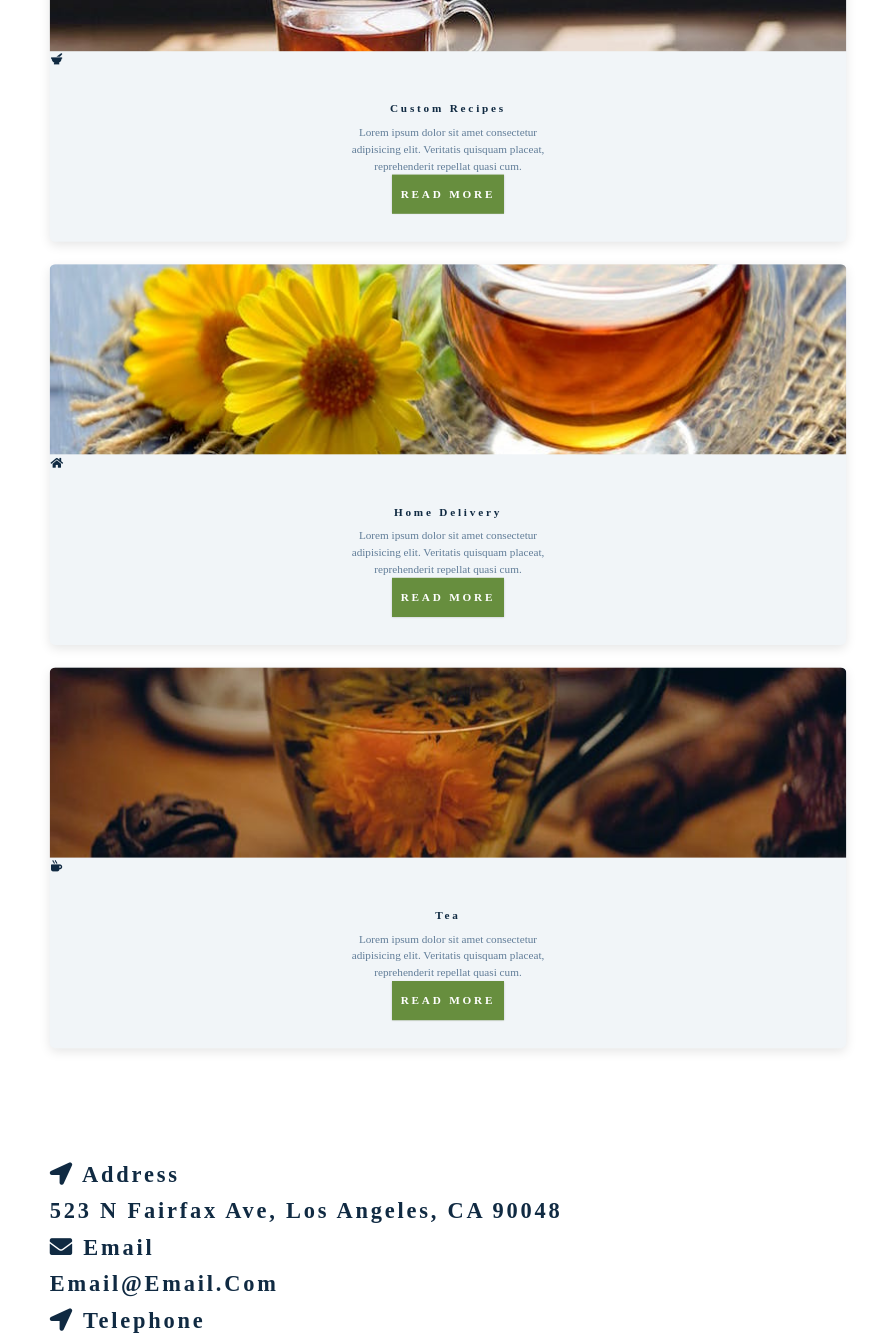
Repository: Ndifoinhilary/building_tea_site
Page: index.html
These files come from the project's save history. The page is drawn as it stood at one moment and after the next save; the edit follows.
The browser window is 1280 px wide. The pictures show the part of the page from y = 2618 to 4538 px (the page is 4932 px tall before and 4914 px after), at 70% of full size.
Backgrounds fixed to the window are drawn as part of the page. Some web fonts or font styles are not loaded; a fallback is used.

Above is the page before, as saved 2024-01-06 14:16:46.

After the next save:
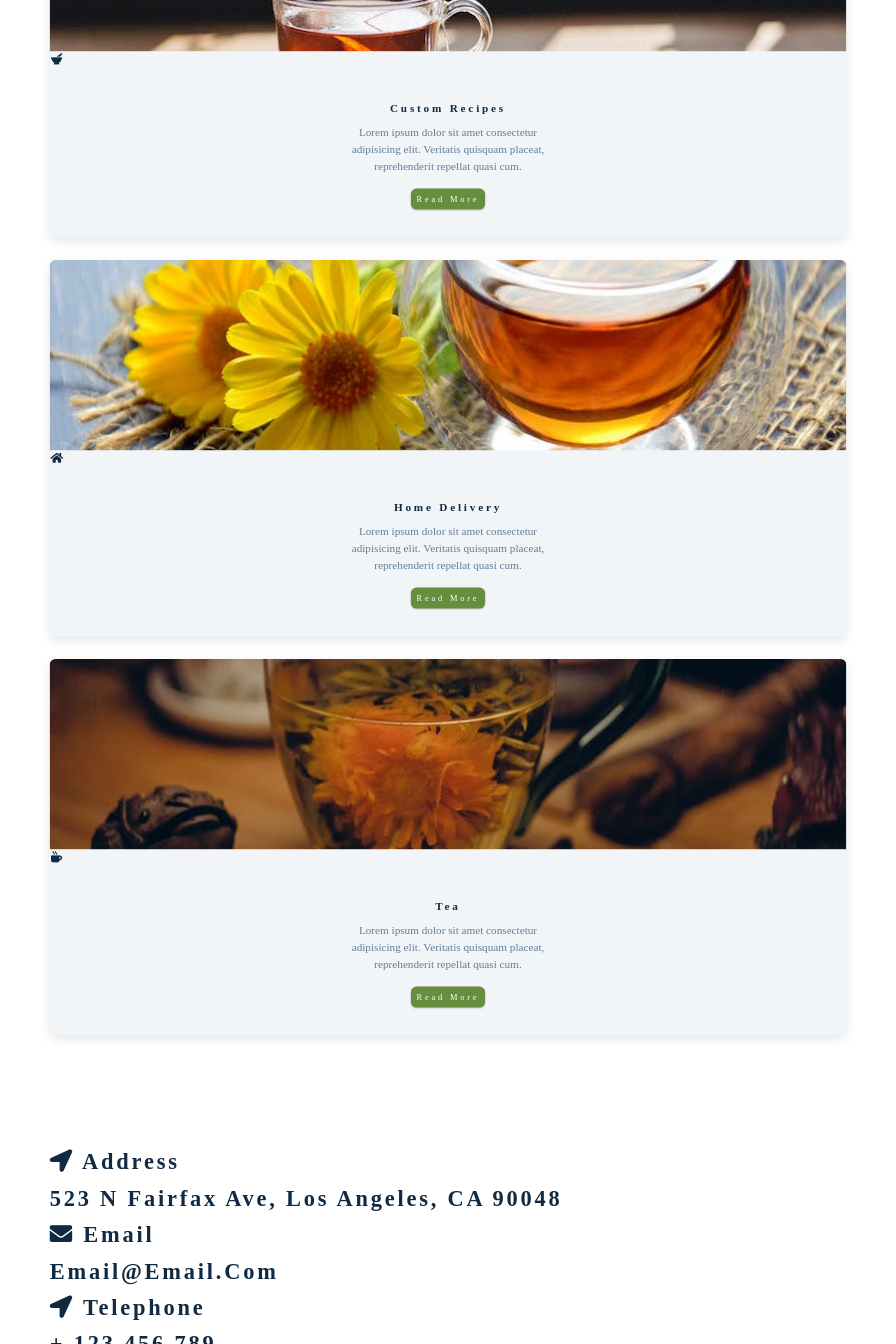
Saved 2 min 3 s later.
--- a/css/styles.css
+++ b/css/styles.css
@@ -374,3 +374,12 @@ services section
   color: var(--clr-grey-5);
   margin: 0 auto;
 }
+
+.service-btn{
+  font-size: 0.75rem;
+  text-transform: capitalize;
+  padding: 0.375rem 0.5rem;
+  border-radius: var(--radius);
+  font-weight: 400;
+  margin-top: 1.25rem;
+}
